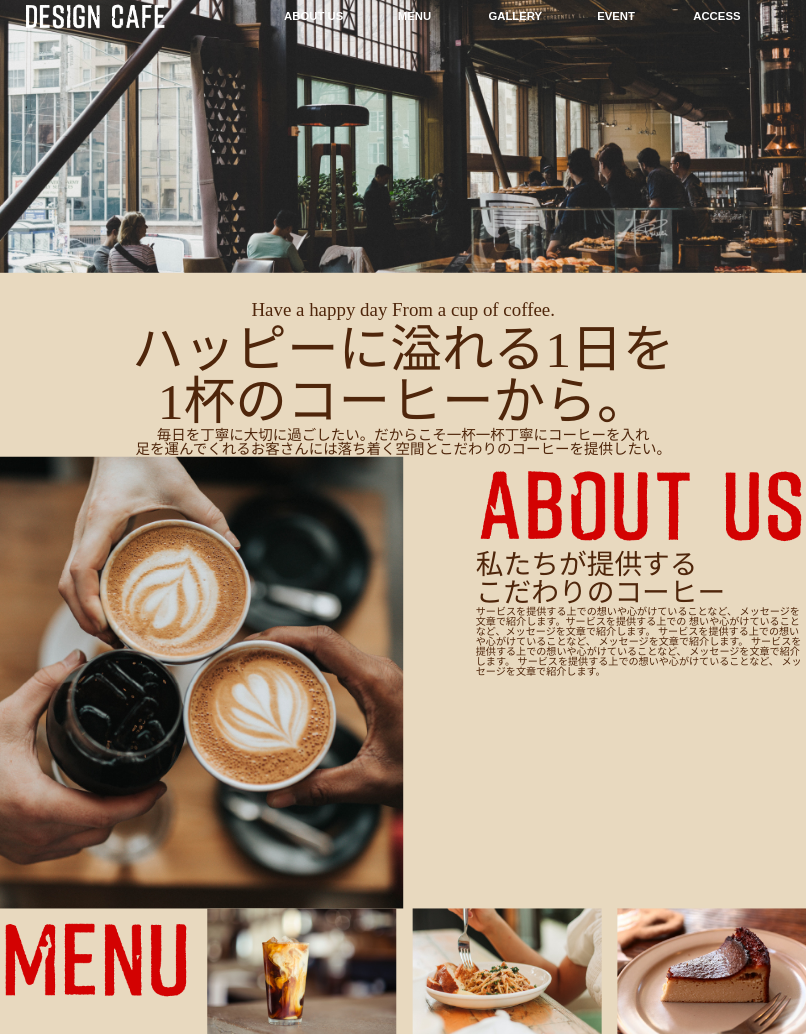
Repository: sonoyama01/dezasuta
Page: 第4回課題/index.html
An editor plug-in stored every save of this project. The page is shown before and after the next save, followed by the edit.
The browser window is 1280 px wide. The pictures show the whole page, at 63% of full size.

Above is the page before, as saved 2024-05-02 03:27:26.

After the next save:
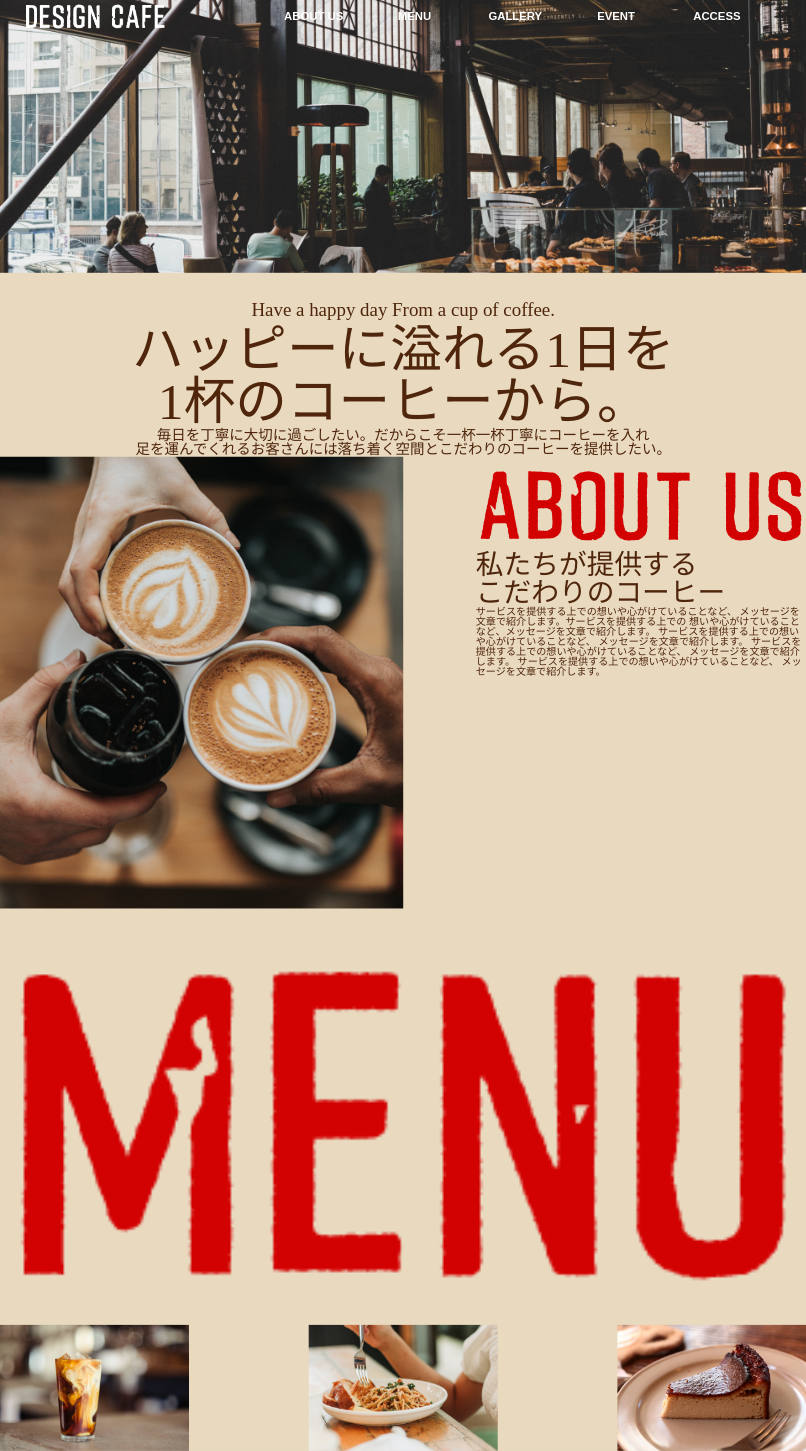
Saved 27 s later.
--- a/第4回課題/index.html
+++ b/第4回課題/index.html
@@ -64,8 +64,9 @@
 
     <!-- MENU -->
     <section id="menu_fx">
+        <h2><img src="./images/menu@2x.png" alt="menu"></h2>
         <div class="menu">
-            <h2><img src="./images/menu@2x.png" alt="menu"></h2>
+
             <div class="drink">
                 <img src="./images/pc_menu_drink-100.jpg" alt="drink">
             </div><!-- /.drink -->
